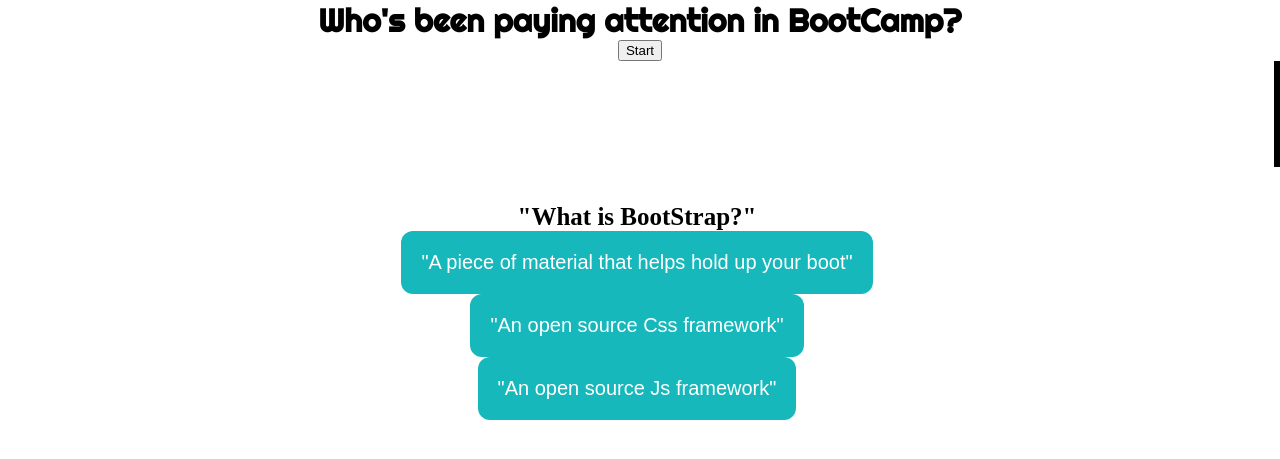
Repository: kkyler24/Quizlet
Page: Quiz.html
The author's editor kept a copy of each file at every save. The page is drawn from the files as they stood at one save, then again after the next save.
The browser window is 1280 px wide. The pictures show the whole page.
Some web libraries are served in a nearby version.

Above is the page before, as saved 2020-03-16 00:45:46.

After the next save:
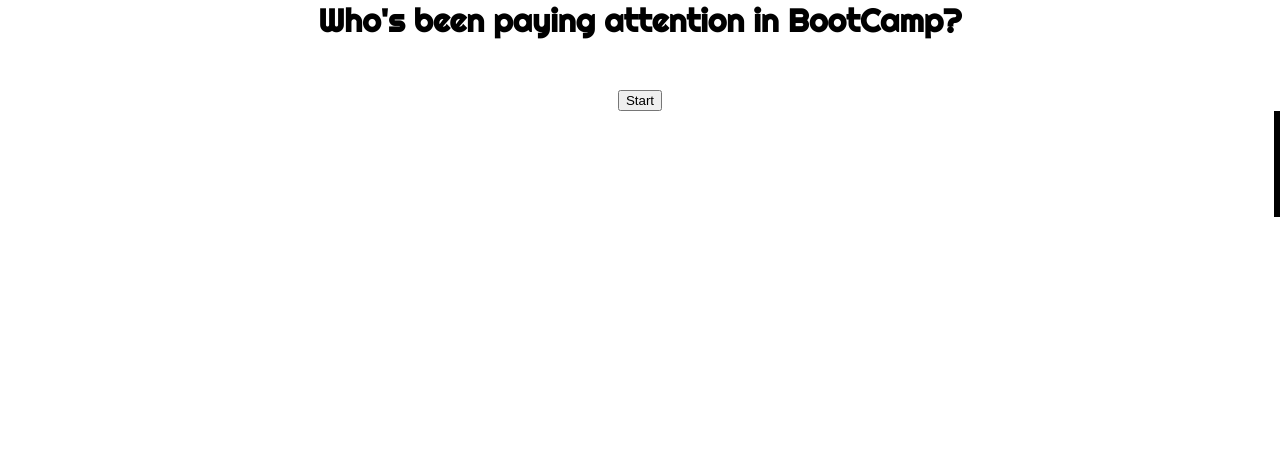
Saved 54 s later.
--- a/Quiz.html
+++ b/Quiz.html
@@ -24,11 +24,11 @@
 
 <body>
     <div>
-        <input type="button" id="button" value="Start" />
+        <input type="button" id="startButton" value="Start" />
     </div>
     <div class="time"></div>
     <Div class="flex-container">
-        <div id="questionBoxOne" class="row" style="display: block;">
+        <div id="questionBoxOne" class="row" style="display: none;">
             <div class="col-md-6 col-sm-3 questionDiv">
                 "What is BootStrap?"
                 <div class="col-8 col-sm-6 answerA">
